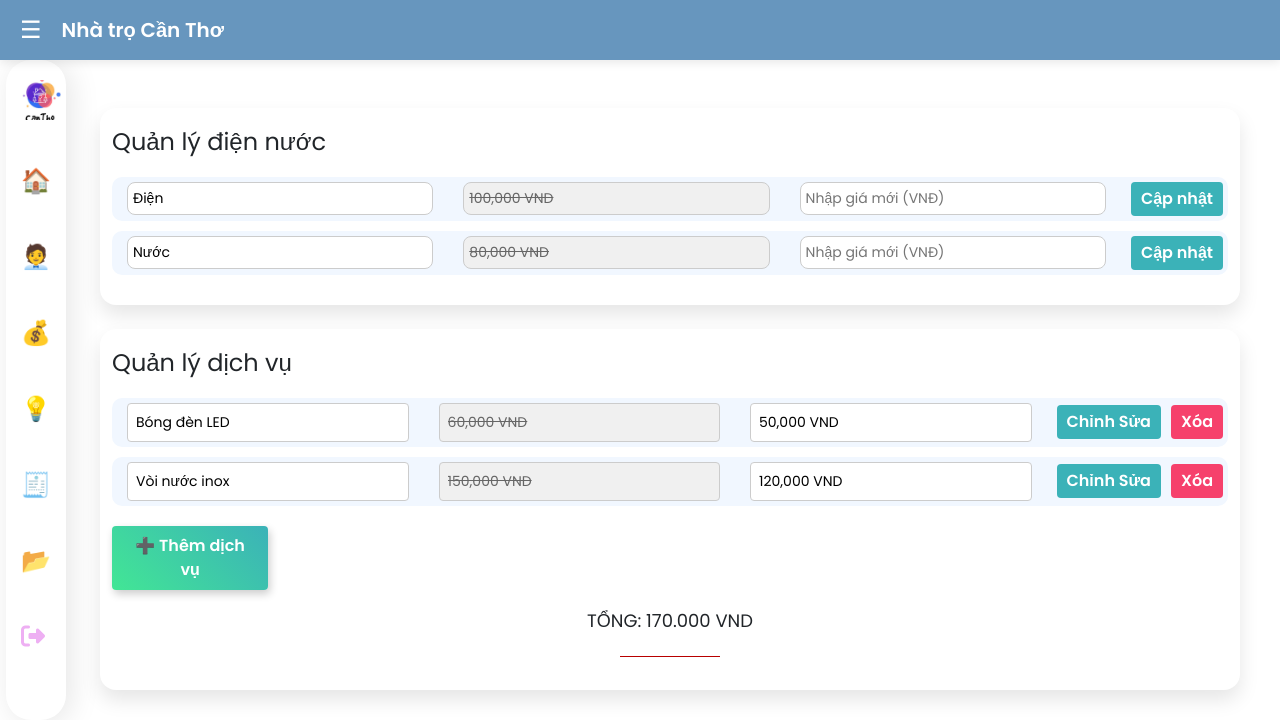
Repository: nhutty0402/DoAn02
Page: HTML/dichvu.html
The author's editor kept a copy of each file at every save. The page is drawn from the files as they stood at one save, then again after the next save.
The browser window is 1280 px wide. The pictures show the whole page.

Above is the page before, as saved 2025-03-21 00:03:16.

After the next save:
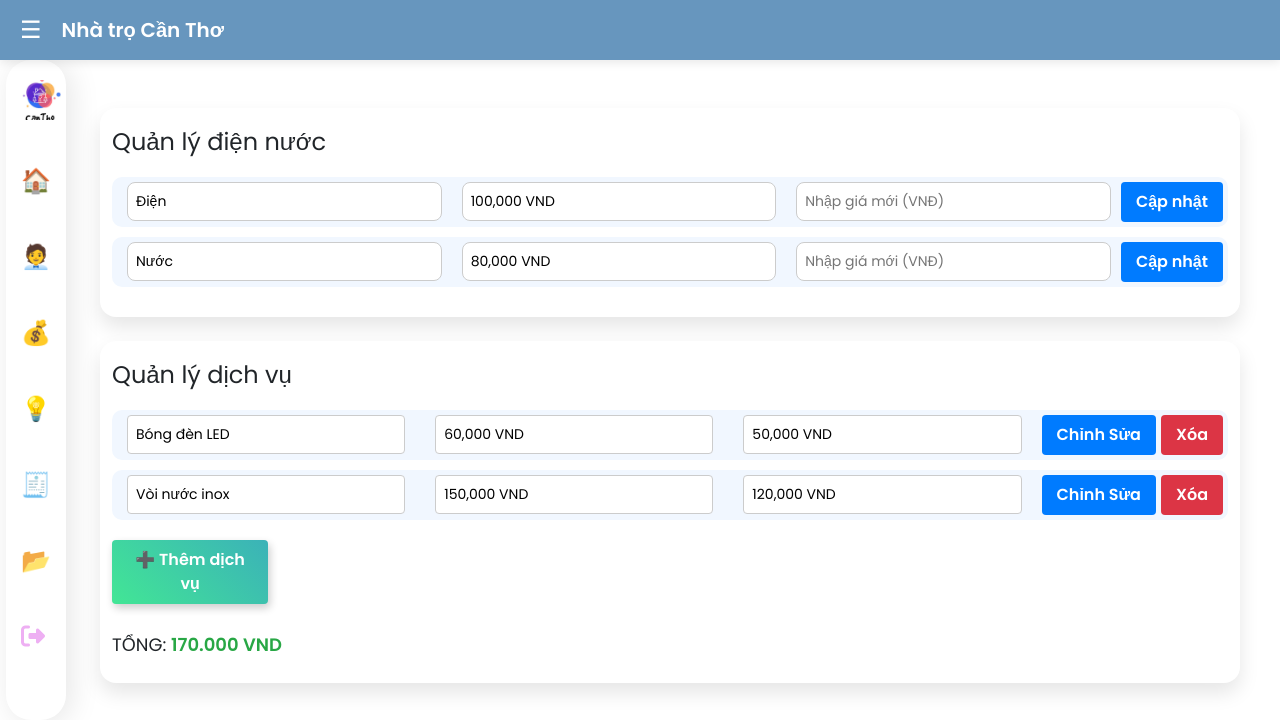
Saved 2 min 40 s later.
--- a/CSS/dichvu.css
+++ b/CSS/dichvu.css
@@ -412,64 +412,6 @@
 
 
 
-.cf-title-01 h6 {
-	text-align:center;
-	text-transform:uppercase;
-	padding-bottom:5px;
-}
-/* .cf-title-01 h6:before {
-	width:28px;
-	height:5px;
-	display:block;
-	content:"";
-	position:absolute;
-	bottom:3px;
-	left:50%;
-	margin-left:-14px;
-	background-color:#b80000;
-} */
-.cf-title-01 h6:after {
-	width:100px;
-	height:1px;
-	display:block;
-	content:"";
-	position:relative;
-	margin-top:25px;
-	left:50%;
-	margin-left:-50px;
-	background-color: #b80000;
-}
-
-.container {
-  max-width: 800px;
-  margin: 20px auto;
-  padding: 20px;
-}
-.product, .service {
-  display: flex;
-  align-items: center;
-  margin: 10px 0;
-  gap: 10px;
-}
-input[type="text"] {
-  padding: 5px;
-  flex: 1;
-}
-input[readonly].old-price {
-  background-color: #f0f0f0;
-  color: #666;
-  text-decoration: line-through;
-}
-.btn-group button {
-  margin-left: 5px;
-  padding: 5px 10px;
-  cursor: pointer;
-}
-.add-btn {
-  padding: 5px 10px;
-  margin-top: 10px;
-}
-/* Tính tổng */
 .container {
   max-width: 800px;
   margin: 0 auto;
@@ -500,16 +442,37 @@
   gap: 5px;
 }
 
-.update-btn, .delete-btn, .add-btn {
+.update-btn, .edit-btn, .delete-btn, .add-btn {
   padding: 8px 15px;
   border: none;
   border-radius: 4px;
   cursor: pointer;
-}
-
-
+  color: white;
+}
+
+.edit-btn {
+  background-color: #ff6200; /* Màu cam cho nút "Chỉnh sửa" */
+}
+
+.update-btn {
+  background-color: #007bff; /* Màu xanh dương cho nút "Cập nhật" */
+}
+
+.delete-btn {
+  background-color: #dc3545; /* Màu đỏ cho nút "Xóa" */
+}
+
+.add-btn {
+  background-color: #28a745; /* Màu xanh lá cho nút "Thêm dịch vụ" */
+  margin: 10px 0;
+}
 
 .cf-title-01 h6 {
   font-size: 18px;
   margin-top: 20px;
 }
+
+#total-price {
+  color: #28a745;
+  font-weight: bold;
+}

After the save that followed:
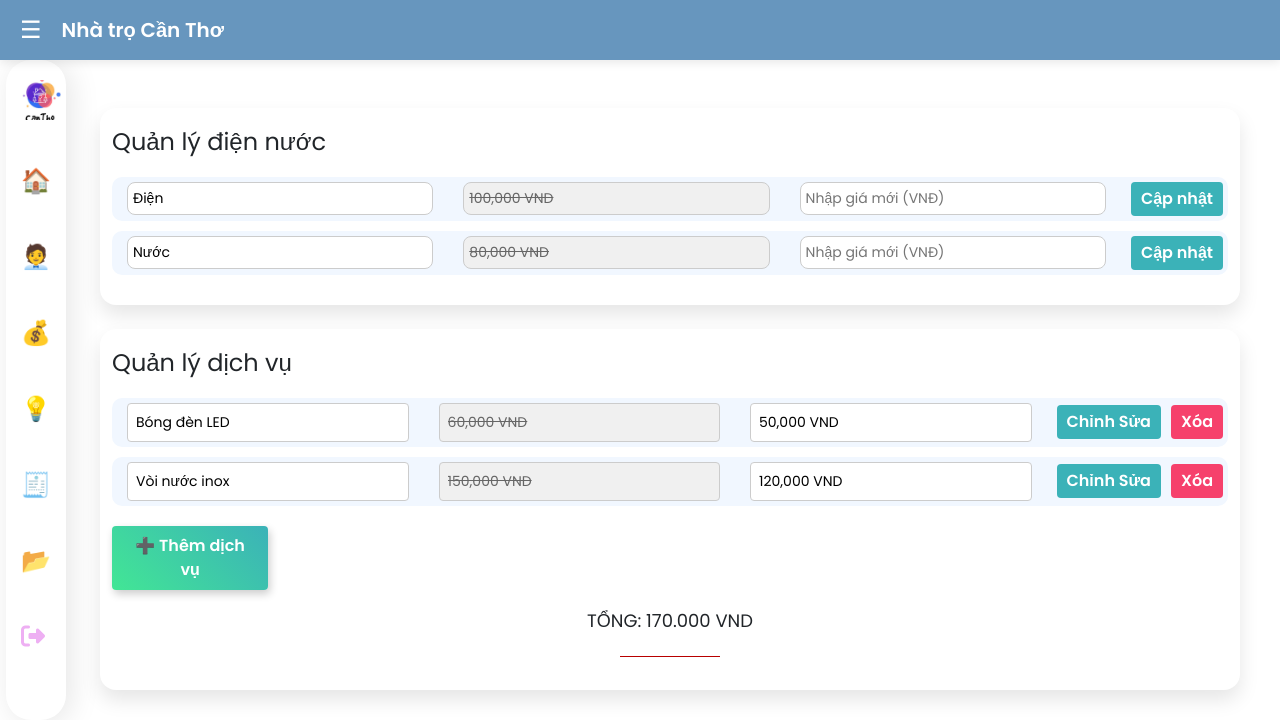
Saved 9 s later.
--- a/CSS/dichvu.css
+++ b/CSS/dichvu.css
@@ -412,6 +412,64 @@
 
 
 
+.cf-title-01 h6 {
+	text-align:center;
+	text-transform:uppercase;
+	padding-bottom:5px;
+}
+/* .cf-title-01 h6:before {
+	width:28px;
+	height:5px;
+	display:block;
+	content:"";
+	position:absolute;
+	bottom:3px;
+	left:50%;
+	margin-left:-14px;
+	background-color:#b80000;
+} */
+.cf-title-01 h6:after {
+	width:100px;
+	height:1px;
+	display:block;
+	content:"";
+	position:relative;
+	margin-top:25px;
+	left:50%;
+	margin-left:-50px;
+	background-color: #b80000;
+}
+
+.container {
+  max-width: 800px;
+  margin: 20px auto;
+  padding: 20px;
+}
+.product, .service {
+  display: flex;
+  align-items: center;
+  margin: 10px 0;
+  gap: 10px;
+}
+input[type="text"] {
+  padding: 5px;
+  flex: 1;
+}
+input[readonly].old-price {
+  background-color: #f0f0f0;
+  color: #666;
+  text-decoration: line-through;
+}
+.btn-group button {
+  margin-left: 5px;
+  padding: 5px 10px;
+  cursor: pointer;
+}
+.add-btn {
+  padding: 5px 10px;
+  margin-top: 10px;
+}
+/* Tính tổng */
 .container {
   max-width: 800px;
   margin: 0 auto;
@@ -442,37 +500,16 @@
   gap: 5px;
 }
 
-.update-btn, .edit-btn, .delete-btn, .add-btn {
+.update-btn, .delete-btn, .add-btn {
   padding: 8px 15px;
   border: none;
   border-radius: 4px;
   cursor: pointer;
-  color: white;
-}
-
-.edit-btn {
-  background-color: #ff6200; /* Màu cam cho nút "Chỉnh sửa" */
-}
-
-.update-btn {
-  background-color: #007bff; /* Màu xanh dương cho nút "Cập nhật" */
-}
-
-.delete-btn {
-  background-color: #dc3545; /* Màu đỏ cho nút "Xóa" */
-}
-
-.add-btn {
-  background-color: #28a745; /* Màu xanh lá cho nút "Thêm dịch vụ" */
-  margin: 10px 0;
-}
+}
+
+
 
 .cf-title-01 h6 {
   font-size: 18px;
   margin-top: 20px;
 }
-
-#total-price {
-  color: #28a745;
-  font-weight: bold;
-}
